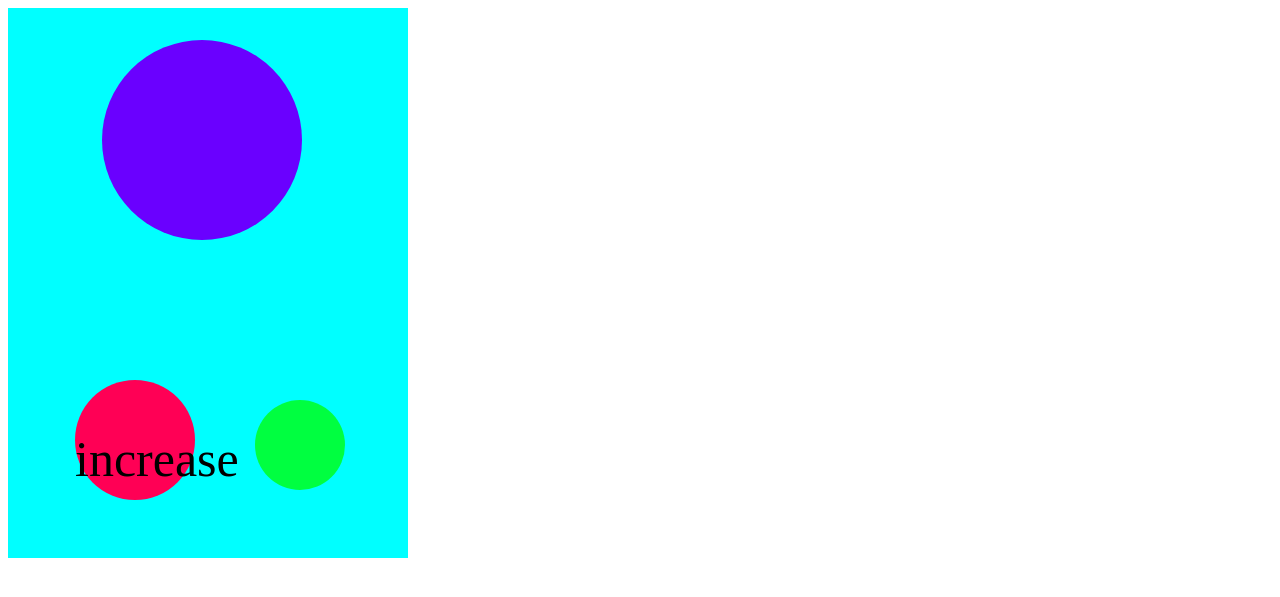
Repository: sara55m/Counter_App
Page: index.html
The author's editor kept a copy of each file at every save. The page is drawn from the files as they stood at one save, then again after the next save.
The browser window is 1280 px wide. The pictures show the whole page.

Above is the page before, as saved 2024-07-30 03:26:11.

After the next save:
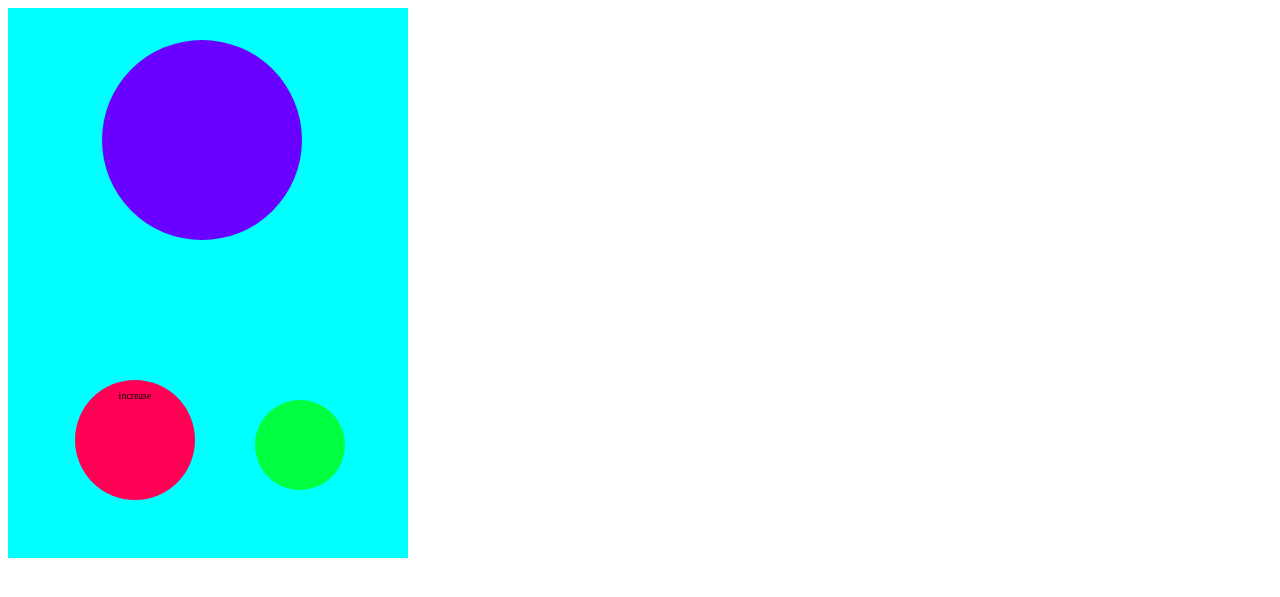
Saved 32 s later.
--- a/css/style.css
+++ b/css/style.css
@@ -28,6 +28,9 @@
     text-align: center;
     font-size: 50px;
 }
+p{
+    font-size: 10px;;
+}
 
 
 .reset{
